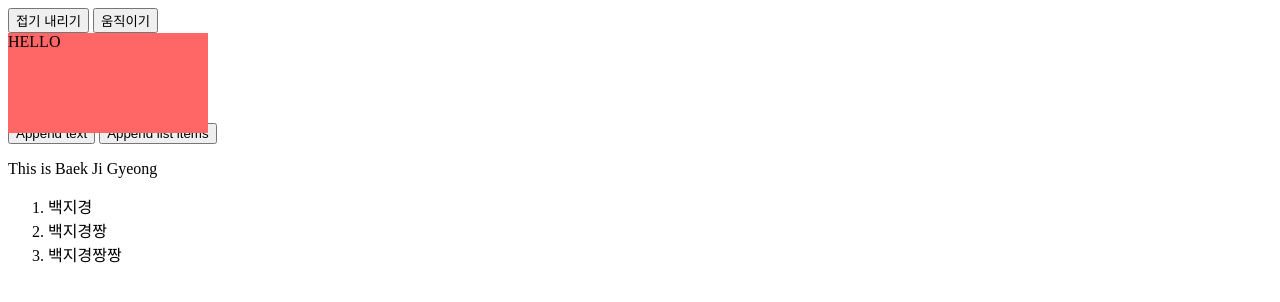
Repository: BaekJiGyeong/JSP_web
Page: http://localhost/Movie/
The author's editor kept a copy of each file at every save. The page is drawn from the files as they stood at one save, then again after the next save.
The browser window is 1280 px wide. The pictures show the whole page.
After loading, the first visible `#move` was clicked once.
The page is served by Tomcat 9.

Above is the page before, as saved 2016-03-02 00:12:53.
Console error (its wording comes from the project's code and is left out).

After the next save:
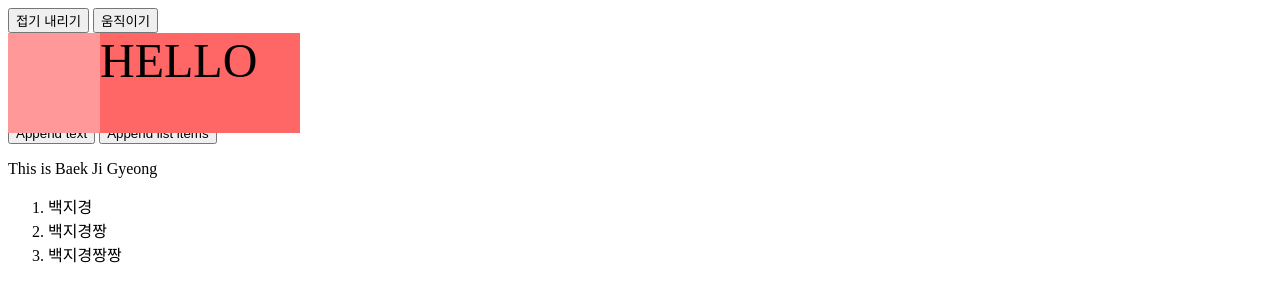
The error is gone.
Saved 33 s later.
--- a/Movie/WebContent/index.jsp
+++ b/Movie/WebContent/index.jsp
@@ -17,7 +17,7 @@ $(document).ready(function(){
 
 $(document).ready(function(){
     $("#move").click(function(){
-        var div = $("#div2");
+        var div2 = $("#div2");
         div2.animate({left: '100px'}, "slow");
         div2.animate({fontSize: '3em'}, "slow");
     });
